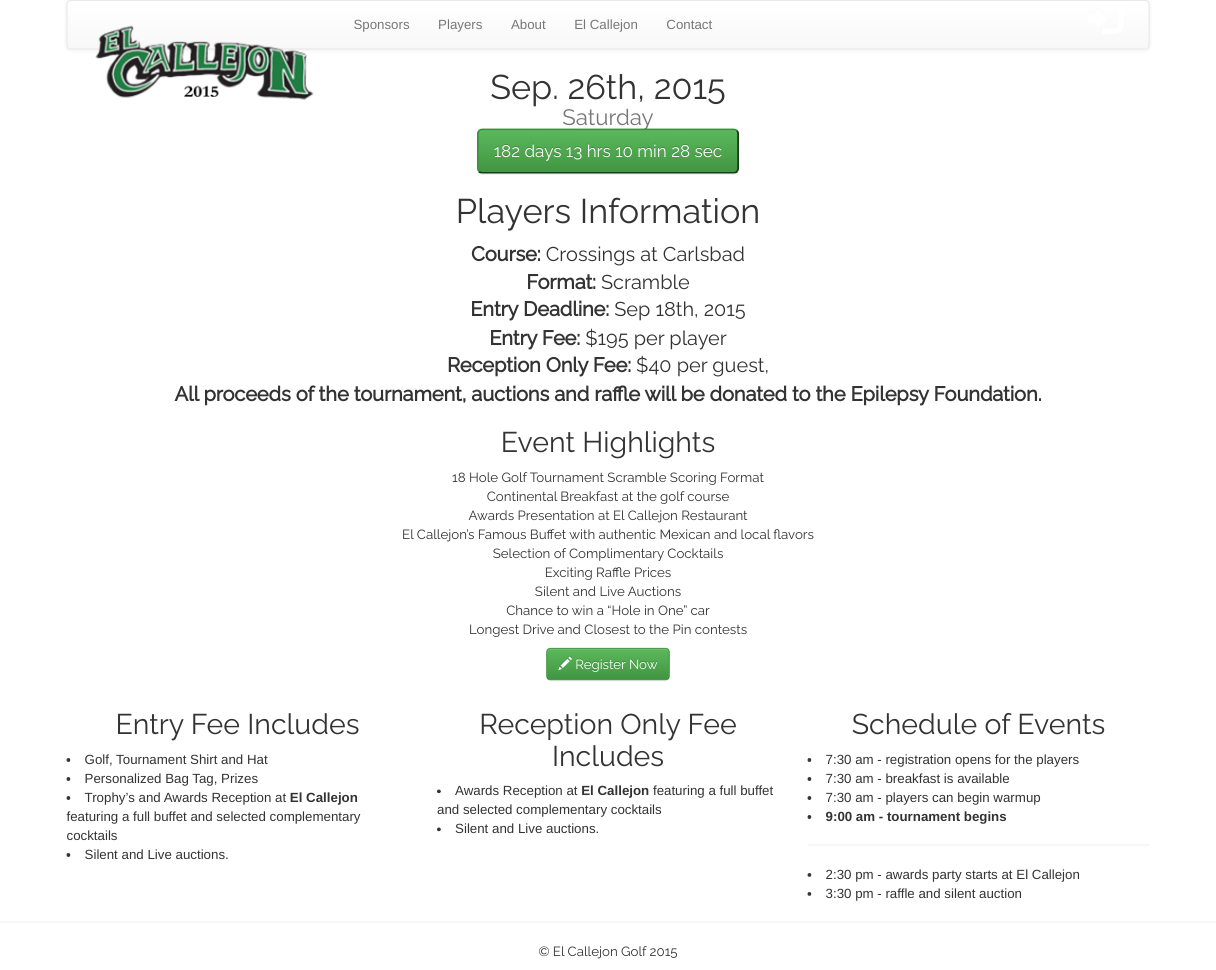
Repository: rojour/callejongolf
Page: register/templates/home/player.html
The author's editor kept a record of every edit. The page is drawn from the files as they stood at one moment, then again after the next edit.
The browser window is 1280 px wide. The pictures show the whole page, at 95% of full size.
Some web libraries are served in a nearby version. The template is drawn by Django 2.2. The application's start-up code is not run. Other server files are loaded and not shown. The template is opened directly, without the code that normally fills it, so the values that code supplies are empty.

Above is the page before.

### register/templates/home/player.html
{% extends 'home/home_base.html' %}
{% block content %}

  <div class="text-center">
    <h1>Players Information</h1>
    <p class="lead"><strong>Course:</strong> Crossings at Carlsbad<br><strong>Format:</strong> Scramble<br><strong>Entry Deadline:</strong> Sep 18th, 2015<br><strong>Entry Fee:</strong> $195 per player<br><strong>Reception Only Fee:</strong> $40 per guest,<br><strong>All proceeds of the tournament, auctions and raffle will be donated to the Epilepsy Foundation.</strong></p>
    <h2>Event Highlights</h2>
    <p>18 Hole Golf  Tournament Scramble Scoring Format<br>Continental Breakfast at the golf course<br>Awards Presentation at El Callejon Restaurant<br>El Callejon’s Famous Buffet with authentic Mexican and local flavors<br>Selection of Complimentary Cocktails<br>Exciting Raffle Prices<br>Silent and Live Auctions<br>Chance to win a “Hole in One” car<br>Longest Drive and Closest to the Pin contests</p>

    <p><a href="{% url 'register.views.player_new' %}" class="btn btn-large btn-success"><span class="glyphicon glyphicon-pencil"></span> Register Now</a></p>
  </div>
  <div class="container marketing">
    <div class="row">
      <div class="col-md-4">
        <h2 class=" text-center">Entry Fee Includes</h2>
          <li>Golf, Tournament Shirt and Hat</li>
          <li>Personalized Bag Tag, Prizes</li>
          <li>Trophy’s  and  Awards Reception at <strong>El Callejon</strong> featuring a full buffet and selected complementary cocktails</li>
          <li>Silent and Live auctions.</li>
      </div>
      <div class="col-md-4">
        <h2 class=" text-center">Reception Only Fee Includes</h2>
          <li>Awards Reception at <strong>El Callejon</strong> featuring a full buffet and selected complementary cocktails</li>
          <li>Silent and Live auctions.</li>
      </div>
      <div class="col-md-4">
        <h2 class=" text-center">Schedule of Events</h2>
			  <li>7:30 am - registration opens for the players</li>
			  <li>7:30 am - breakfast is available</li>
			  <li>7:30 am - players can begin warmup</li>
			  <li><strong>9:00 am - tournament begins</strong></li>
			  <hr>
			  <li>2:30 pm - awards party starts at El Callejon</li>
			  <li>3:30 pm - raffle and silent auction</li>
      </div>
    </div>
  </div> <!-- /container -->

{% endblock %}

### register/templates/home/home_base.html
{% load staticfiles %}

<html lang="en">
  <head>
   <meta http-equiv="X-UA-Compatible" content="IE=edge,chrome=1">
   <meta charset="utf-8">
   <meta name="viewport" content="width=device-width, initial-scale=1.0">
   <meta name="description" content="">
   <meta name="author" content="">

   <title>El Callejon Golf Registration/Information Page.</title>

   <!-- Bootstrap core CSS -->
   <link rel="stylesheet" href="https://maxcdn.bootstrapcdn.com/bootstrap/3.3.4/css/bootstrap.min.css">
   <link rel="stylesheet" href="https://maxcdn.bootstrapcdn.com/bootstrap/3.3.4/css/bootstrap-theme.min.css">

   <link rel="stylesheet" href="{% static 'css/register.css' %}">
   <link href="//fonts.googleapis.com/css?family=Raleway&subset=latin,latin-ext" rel="stylesheet" type="text/css">
   <link rel="stylesheet" href="../../static/css/themes/default/default.css" type="text/css" media="screen" />
   <link rel="stylesheet" href="../../static/css/themes/light/light.css" type="text/css" media="screen" />
   <link rel="stylesheet" href="../../static/css/themes/dark/dark.css" type="text/css" media="screen" />
   <link rel="stylesheet" href="../../static/css/themes/bar/bar.css" type="text/css" media="screen" />
   <link rel="stylesheet" href="../../static/css/nivo-slider.css" type="text/css" media="screen" />


   <!-- Custom styles for this template -->

 </head>

 <body>

   {% include 'home/navbar.html' %}

   <h1 class="text-center">Sep. 26th, 2015<br><small class="text-muted">Saturday</small><br><button type="button" class="btn-lg btn-success"><span id="countdown"></span></button></h1>

   {% block content %}
   {% endblock %}

   <hr>
   <!-- Site footer -->
   <div class="footer">
      <p class="text-center">&copy; El Callejon Golf 2015</p>
   </div>

   </body>

    <!-- Bootstrap core JavaScript
    ================================================== -->
    <!-- Placed at the end of the document so the pages load faster -->
	<script src="http://code.jquery.com/jquery-1.11.0.min.js" ></script>
   <script src="https://maxcdn.bootstrapcdn.com/bootstrap/3.3.4/js/bootstrap.min.js"></script>

   <script src="../../static/js/countdown.js"></script>
	<script src="../../static/js/waypoints.js" ></script>
	<script src="../../static/js/waypoints-sticky.js" ></script>

	<script type="text/javascript" >
		$(document).ready(function() {
			$('.my-sticky-element').waypoint('sticky');
			});
	</script>

	 <script type="text/javascript" src="../../static/js/jquery.nivo.slider.js"></script>
    <script type="text/javascript">
    $(window).load(function() {
        $('#slider').nivoSlider();
    });
    </script>


</html>

### register/templates/home/navbar.html
{% load staticfiles %}


<!-- NAVBAR
================================================== -->
   <div class="navbar-wrapper">
      <div class="container">
         <div class="my-sticky-element navbar navbar-default">
            <div class="container">
               <div class="navbar-header">
                  <button type="button" class="navbar-toggle" data-toggle="collapse" data-target=".navbar-collapse">
                  <span class="icon-bar"></span>
                  <span class="icon-bar"></span>
                  <span class="icon-bar"></span>
                  </button>
                  <a class="navbar-brand" href="{% url 'home.views.index' %}"><img class="img-responsive" src="../../static/img/logos/Golf Logo 2015.png"></a>
               </div>
               <div class="navbar-collapse collapse">
                  <ul class="nav navbar-nav">
                     <li><a href="{% url 'home.views.sponsors' %}">Sponsors</a></li>
                     <li><a href="{% url 'home.views.players' %}">Players</a></li>
                     <li><a href="#">About</a></li>
                     <li><a href="http://www.el-callejon.com">El Callejon</a></li>
                     <li><a href="{% url 'home.views.contactus' %}">Contact</a></li>
			         </ul>
			         <ul style=margin-right:1% class="nav navbar-nav navbar-right">

			   {% if user.is_authenticated %}
            <a href="{% url 'home.views.management' %}" class="top-menu"><span class="glyphicon glyphicon-edit"></span></a>
            <li class="text-center"><small>Hello {{ user.username }}<br>(<a href="{% url 'django.contrib.auth.views.logout' %}">Log out</a>)</small></li>
            {% else %}
            <a href="{% url 'django.contrib.auth.views.login' %}" class="top-menu"><span class="glyphicon glyphicon-log-in"></span></a>
            {% endif %}
                  </ul>
               </div>
            </div>
         </div>
      </div>
   </div>

### static/css/register.css
.page-header {
    background-color: #227C45;
    margin-top: 0;
    padding: 20px 20px 20px 40px;
}

.page-header h1, .page-header h1 a, .page-header h1 a:visited, .page-header h1 a:active {
    color: #ffffff;
    font-size: 36pt;
    text-decoration: none;
}

.page-header p {
    color: #ffffff;
    margin-left: 90px;
}

a {
    color: black;
}

.content {
    margin-left: 80px;
}

h1, h2, h3, h4, p {
    font-family:'Raleway';
}

.date {
    float: right;
    color: #828282;
}

.save {
    float: right;
}

.player-form textarea, .player-form input {
    width: 100%;
}


.top-menu, .top-menu:hover, .top-menu:visited {
    color: #ffffff;
    float: right;
    font-size: 26pt;
    margin-right: 20px;
}

.player {
    margin-bottom: 70px;
}

.player h1 a, .player h1 a:visited {
    color: #000000;
}

### static/css/themes/default/default.css
/*
Skin Name: Nivo Slider Default Theme
Skin URI: http://nivo.dev7studios.com
Description: The default skin for the Nivo Slider.
Version: 1.3
Author: Gilbert Pellegrom
Author URI: http://dev7studios.com
Supports Thumbs: true
*/

.theme-default .nivoSlider {
	position:relative;
	background:#fff url(loading.gif) no-repeat 50% 50%;
    margin-bottom:10px;
    -webkit-box-shadow: 0px 1px 5px 0px #4a4a4a;
    -moz-box-shadow: 0px 1px 5px 0px #4a4a4a;
    box-shadow: 0px 1px 5px 0px #4a4a4a;
}
.theme-default .nivoSlider img {
	position:absolute;
	top:0px;
	left:0px;
	display:none;
}
.theme-default .nivoSlider a {
	border:0;
	display:block;
}

.theme-default .nivo-controlNav {
	text-align: center;
	padding: 20px 0;
}
.theme-default .nivo-controlNav a {
	display:inline-block;
	width:22px;
	height:22px;
	background:url(bullets.png) no-repeat;
	text-indent:-9999px;
	border:0;
	margin: 0 2px;
}
.theme-default .nivo-controlNav a.active {
	background-position:0 -22px;
}

.theme-default .nivo-directionNav a {
	display:block;
	width:30px;
	height:30px;
	background:url(arrows.png) no-repeat;
	text-indent:-9999px;
	border:0;
	opacity: 0;
	-webkit-transition: all 200ms ease-in-out;
    -moz-transition: all 200ms ease-in-out;
    -o-transition: all 200ms ease-in-out;
    transition: all 200ms ease-in-out;
}
.theme-default:hover .nivo-directionNav a { opacity: 1; }
.theme-default a.nivo-nextNav {
	background-position:-30px 0;
	right:15px;
}
.theme-default a.nivo-prevNav {
	left:15px;
}

.theme-default .nivo-caption {
    font-family: Helvetica, Arial, sans-serif;
}
.theme-default .nivo-caption a {
    color:#fff;
    border-bottom:1px dotted #fff;
}
.theme-default .nivo-caption a:hover {
    color:#fff;
}

.theme-default .nivo-controlNav.nivo-thumbs-enabled {
	width: 100%;
}
.theme-default .nivo-controlNav.nivo-thumbs-enabled a {
	width: auto;
	height: auto;
	background: none;
	margin-bottom: 5px;
}
.theme-default .nivo-controlNav.nivo-thumbs-enabled img {
	display: block;
	width: 120px;
	height: auto;
}

### static/css/themes/light/light.css
/*
Skin Name: Nivo Slider Light Theme
Skin URI: http://nivo.dev7studios.com
Description: A light skin for the Nivo Slider.
Version: 1.0
Author: Gilbert Pellegrom
Author URI: http://dev7studios.com
Supports Thumbs: true
*/

.theme-light.slider-wrapper {
    background: #fff;
    padding: 10px;
}
.theme-light .nivoSlider {
	position:relative;
	background:#fff url(loading.gif) no-repeat 50% 50%;
    margin-bottom:10px;
    overflow: visible;
}
.theme-light .nivoSlider img {
	position:absolute;
	top:0px;
	left:0px;
	display:none;
}
.theme-light .nivoSlider a {
	border:0;
	display:block;
}

.theme-light .nivo-controlNav {
	text-align: left;
	padding: 0;
	position: relative;
	z-index: 10;
}
.theme-light .nivo-controlNav a {
	display:inline-block;
	width:10px;
	height:10px;
	background:url(bullets.png) no-repeat;
	text-indent:-9999px;
	border:0;
	margin: 0 2px;
}
.theme-light .nivo-controlNav a.active {
	background-position:0 100%;
}

.theme-light .nivo-directionNav a {
	display:block;
	width:30px;
	height:30px;
	background: url(arrows.png) no-repeat;
	text-indent:-9999px;
	border:0;
	top: auto;
	bottom: -36px;
	z-index: 11;
}
.theme-light .nivo-directionNav a:hover {
    background-color: #eee;
    -webkit-border-radius: 2px;
    -moz-border-radius: 2px;
    border-radius: 2px;
}
.theme-light a.nivo-nextNav {
	background-position:160% 50%;
	right:0px;
}
.theme-light a.nivo-prevNav {
    background-position:-60% 50%;
    left: auto;
	right: 35px;
}

.theme-light .nivo-caption {
    font-family: Helvetica, Arial, sans-serif;
}
.theme-light .nivo-caption a {
    color:#fff;
    border-bottom:1px dotted #fff;
}
.theme-light .nivo-caption a:hover {
    color:#fff;
}

.theme-light .nivo-controlNav.nivo-thumbs-enabled {
	width: 80%;
}
.theme-light .nivo-controlNav.nivo-thumbs-enabled a {
	width: auto;
	height: auto;
	background: none;
	margin-bottom: 5px;
}
.theme-light .nivo-controlNav.nivo-thumbs-enabled img {
	display: block;
	width: 120px;
	height: auto;
}

### static/css/themes/dark/dark.css
/*
Skin Name: Nivo Slider Dark Theme
Skin URI: http://nivo.dev7studios.com
Description: A dark skin for the Nivo Slider.
Version: 1.0
Author: Gilbert Pellegrom
Author URI: http://dev7studios.com
Supports Thumbs: true
*/

.theme-dark.slider-wrapper {
    background: #222;
    padding: 10px;
}
.theme-dark .nivoSlider {
	position:relative;
	background:#fff url(loading.gif) no-repeat 50% 50%;
    margin-bottom:10px;
    overflow: visible;
}
.theme-dark .nivoSlider img {
	position:absolute;
	top:0px;
	left:0px;
	display:none;
}
.theme-dark .nivoSlider a {
	border:0;
	display:block;
}

.theme-dark .nivo-controlNav {
	text-align: left;
	padding: 0;
	position: relative;
	z-index: 10;
}
.theme-dark .nivo-controlNav a {
	display:inline-block;
	width:10px;
	height:10px;
	background:url(bullets.png) no-repeat 0 2px;
	text-indent:-9999px;
	border:0;
	margin: 0 2px;
}
.theme-dark .nivo-controlNav a.active {
	background-position:0 100%;
}

.theme-dark .nivo-directionNav a {
	display:block;
	width:30px;
	height:30px;
	background: url(arrows.png) no-repeat;
	text-indent:-9999px;
	border:0;
	top: auto;
	bottom: -36px;
	z-index: 11;
}
.theme-dark .nivo-directionNav a:hover {
    background-color: #333;
    -webkit-border-radius: 2px;
    -moz-border-radius: 2px;
    border-radius: 2px;
}
.theme-dark a.nivo-nextNav {
	background-position:-16px 50%;
	right:0px;
}
.theme-dark a.nivo-prevNav {
    background-position:11px 50%;
    left: auto;
	right: 35px;
}

.theme-dark .nivo-caption {
    font-family: Helvetica, Arial, sans-serif;
}
.theme-dark .nivo-caption a {
    color:#fff;
    border-bottom:1px dotted #fff;
}
.theme-dark .nivo-caption a:hover {
    color:#fff;
}

.theme-dark .nivo-controlNav.nivo-thumbs-enabled {
	width: 80%;
}
.theme-dark .nivo-controlNav.nivo-thumbs-enabled a {
	width: auto;
	height: auto;
	background: none;
	margin-bottom: 5px;
}
.theme-dark .nivo-controlNav.nivo-thumbs-enabled img {
	display: block;
	width: 120px;
	height: auto;
}

### static/css/themes/bar/bar.css
/*
Skin Name: Nivo Slider Bar Theme
Skin URI: http://nivo.dev7studios.com
Description: The bottom bar skin for the Nivo Slider.
Version: 1.0
Author: Gilbert Pellegrom
Author URI: http://dev7studios.com
Supports Thumbs: false
*/

.theme-bar.slider-wrapper {
    position: relative;
    border: 1px solid #333;
    overflow: hidden;
}
.theme-bar .nivoSlider {
	position:relative;
	background:#fff url(loading.gif) no-repeat 50% 50%;
}
.theme-bar .nivoSlider img {
	position:absolute;
	top:0px;
	left:0px;
	display:none;
}
.theme-bar .nivoSlider a {
	border:0;
	display:block;
}

.theme-bar .nivo-controlNav {
    position: absolute;
    left: 0;
    bottom: -41px;
    z-index: 10;
    width: 100%;
    height: 30px;
	text-align: center;
	padding: 5px 0;
	border-top: 1px solid #333;
	background: #333;
    background: -moz-linear-gradient(top,  #565656 0%, #333333 100%); /* FF3.6+ */
    background: -webkit-gradient(linear, left top, left bottom, color-stop(0%,#565656), color-stop(100%,#333333)); /* Chrome,Safari4+ */
    background: -webkit-linear-gradient(top,  #565656 0%,#333333 100%); /* Chrome10+,Safari5.1+ */
    background: -o-linear-gradient(top,  #565656 0%,#333333 100%); /* Opera 11.10+ */
    background: -ms-linear-gradient(top,  #565656 0%,#333333 100%); /* IE10+ */
    background: linear-gradient(to bottom,  #565656 0%,#333333 100%); /* W3C */
    filter: progid:DXImageTransform.Microsoft.gradient( startColorstr='#565656', endColorstr='#333333',GradientType=0 ); /* IE6-9 */
    opacity: 0.5;
    -webkit-transition: all 200ms ease-in-out;
    -moz-transition: all 200ms ease-in-out;
    -o-transition: all 200ms ease-in-out;
    transition: all 200ms ease-in-out;
}
.theme-bar:hover .nivo-controlNav {
    bottom: 0;
    opacity: 1;
}
.theme-bar .nivo-controlNav a {
	display:inline-block;
	width:22px;
	height:22px;
	background:url(bullets.png) no-repeat;
	text-indent:-9999px;
	border:0;
	margin: 5px 2px 0 2px;
}
.theme-bar .nivo-controlNav a.active {
	background-position:0 -22px;
}

.theme-bar .nivo-directionNav a {
	display:block;
	border:0;
	color: #fff;
	text-transform: uppercase;
	top: auto;
	bottom: 10px;
	z-index: 11;
	font-family: "Helvetica Neue", Helvetica, Arial, sans-serif;
	font-size: 13px;
	line-height: 20px;
	opacity: 0.5;
    -webkit-transition: all 200ms ease-in-out;
    -moz-transition: all 200ms ease-in-out;
    -o-transition: all 200ms ease-in-out;
    transition: all 200ms ease-in-out;
}
.theme-bar a.nivo-nextNav { right: -50px; }
.theme-bar a.nivo-prevNav { left: -50px; }
.theme-bar:hover a.nivo-nextNav {
    right: 15px;
    opacity: 1;
}
.theme-bar:hover a.nivo-prevNav {
    left: 15px;
    opacity: 1;
}
.theme-bar .nivo-directionNav a:hover { color: #ddd; }

.theme-bar .nivo-caption {
    font-family: Helvetica, Arial, sans-serif;
    -webkit-transition: all 200ms ease-in-out;
    -moz-transition: all 200ms ease-in-out;
    -o-transition: all 200ms ease-in-out;
    transition: all 200ms ease-in-out;
}
.theme-bar:hover .nivo-caption {
    bottom: 41px;
}
.theme-bar .nivo-caption a {
    color:#fff;
    border-bottom:1px dotted #fff;
}
.theme-bar .nivo-caption a:hover {
    color:#fff;
}

.theme-bar .nivo-controlNav.nivo-thumbs-enabled {
	width: 100%;
}
.theme-bar .nivo-controlNav.nivo-thumbs-enabled a {
	width: auto;
	height: auto;
	background: none;
	margin-bottom: 5px;
}
.theme-bar .nivo-controlNav.nivo-thumbs-enabled img {
	display: block;
	width: 120px;
	height: auto;
}

### static/css/nivo-slider.css
/*
 * jQuery Nivo Slider v3.2
 * http://nivo.dev7studios.com
 *
 * Copyright 2012, Dev7studios
 * Free to use and abuse under the MIT license.
 * http://www.opensource.org/licenses/mit-license.php
 */

/* The Nivo Slider styles */
.nivoSlider {
	position:relative;
	width:100%;
	height:auto;
	overflow: hidden;
}
.nivoSlider img {
	position:absolute;
	top:0px;
	left:0px;
	max-width: none;
}
.nivo-main-image {
	display: block !important;
	position: relative !important;
	width: 100% !important;
}

/* If an image is wrapped in a link */
.nivoSlider a.nivo-imageLink {
	position:absolute;
	top:0px;
	left:0px;
	width:100%;
	height:100%;
	border:0;
	padding:0;
	margin:0;
	z-index:6;
	display:none;
	background:white;
	filter:alpha(opacity=0);
	opacity:0;
}
/* The slices and boxes in the Slider */
.nivo-slice {
	display:block;
	position:absolute;
	z-index:5;
	height:100%;
	top:0;
}
.nivo-box {
	display:block;
	position:absolute;
	z-index:5;
	overflow:hidden;
}
.nivo-box img { display:block; }

/* Caption styles */
.nivo-caption {
	position:absolute;
	left:0px;
	bottom:0px;
	background:#000;
	color:#fff;
	width:100%;
	z-index:8;
	padding: 5px 10px;
	opacity: 0.8;
	overflow: hidden;
	display: none;
	-moz-opacity: 0.8;
	filter:alpha(opacity=8);
	-webkit-box-sizing: border-box; /* Safari/Chrome, other WebKit */
	-moz-box-sizing: border-box;    /* Firefox, other Gecko */
	box-sizing: border-box;         /* Opera/IE 8+ */
}
.nivo-caption p {
	padding:5px;
	margin:0;
}
.nivo-caption a {
	display:inline !important;
}
.nivo-html-caption {
    display:none;
}
/* Direction nav styles (e.g. Next & Prev) */
.nivo-directionNav a {
	position:absolute;
	top:45%;
	z-index:9;
	cursor:pointer;
}
.nivo-prevNav {
	left:0px;
}
.nivo-nextNav {
	right:0px;
}
/* Control nav styles (e.g. 1,2,3...) */
.nivo-controlNav {
	text-align:center;
	padding: 15px 0;
}
.nivo-controlNav a {
	cursor:pointer;
}
.nivo-controlNav a.active {
	font-weight:bold;
}

### static/js/countdown.js
// set the date we're counting down to
var target_date = new Date("Sep 26, 2015 9:00:00").getTime();

// variables for time units
var days, hours, minutes, seconds;

// get tag element
var countdown = document.getElementById("countdown");

// update the tag with id "countdown" every 1 second
setInterval(function () {

    // find the amount of "seconds" between now and target
    var current_date = new Date().getTime();
    var seconds_left = (target_date - current_date) / 1000;

    // do some time calculations
    days = parseInt(seconds_left / 86400);
    seconds_left = seconds_left % 86400;

    hours = parseInt(seconds_left / 3600);
    seconds_left = seconds_left % 3600;

    minutes = parseInt(seconds_left / 60);
    seconds = parseInt(seconds_left % 60);

    // format countdown string + set tag value
    countdown.innerHTML = days + " days " + hours + " hrs "
    + minutes + " min " + seconds + " sec ";

}, 1000);

Loaded but not shown: static/js/waypoints.js (common file); static/js/waypoints-sticky.js (common file); static/js/jquery.nivo.slider.js (library)

After the next edit:
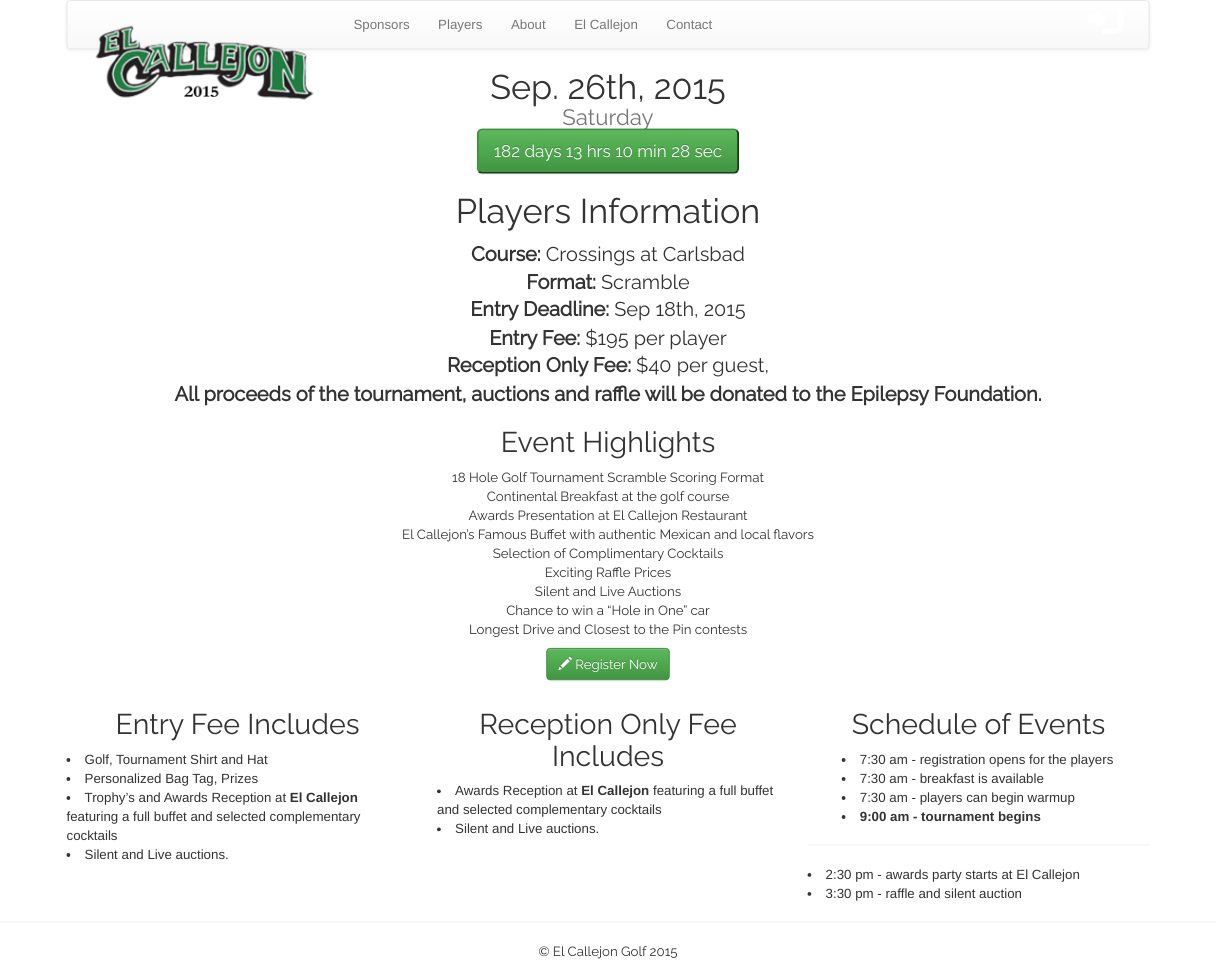
The edit:
--- a/register/templates/home/player.html
+++ b/register/templates/home/player.html
@@ -25,10 +25,10 @@
       </div>
       <div class="col-md-4">
         <h2 class=" text-center">Schedule of Events</h2>
-			  <li>7:30 am - registration opens for the players</li>
-			  <li>7:30 am - breakfast is available</li>
-			  <li>7:30 am - players can begin warmup</li>
-			  <li><strong>9:00 am - tournament begins</strong></li>
+			  <li style=margin-left:10% >7:30 am - registration opens for the players</li>
+			  <li style=margin-left:10% >7:30 am - breakfast is available</li>
+			  <li style=margin-left:10% >7:30 am - players can begin warmup</li>
+			  <li style=margin-left:10% ><strong>9:00 am - tournament begins</strong></li>
 			  <hr>
 			  <li>2:30 pm - awards party starts at El Callejon</li>
 			  <li>3:30 pm - raffle and silent auction</li>
